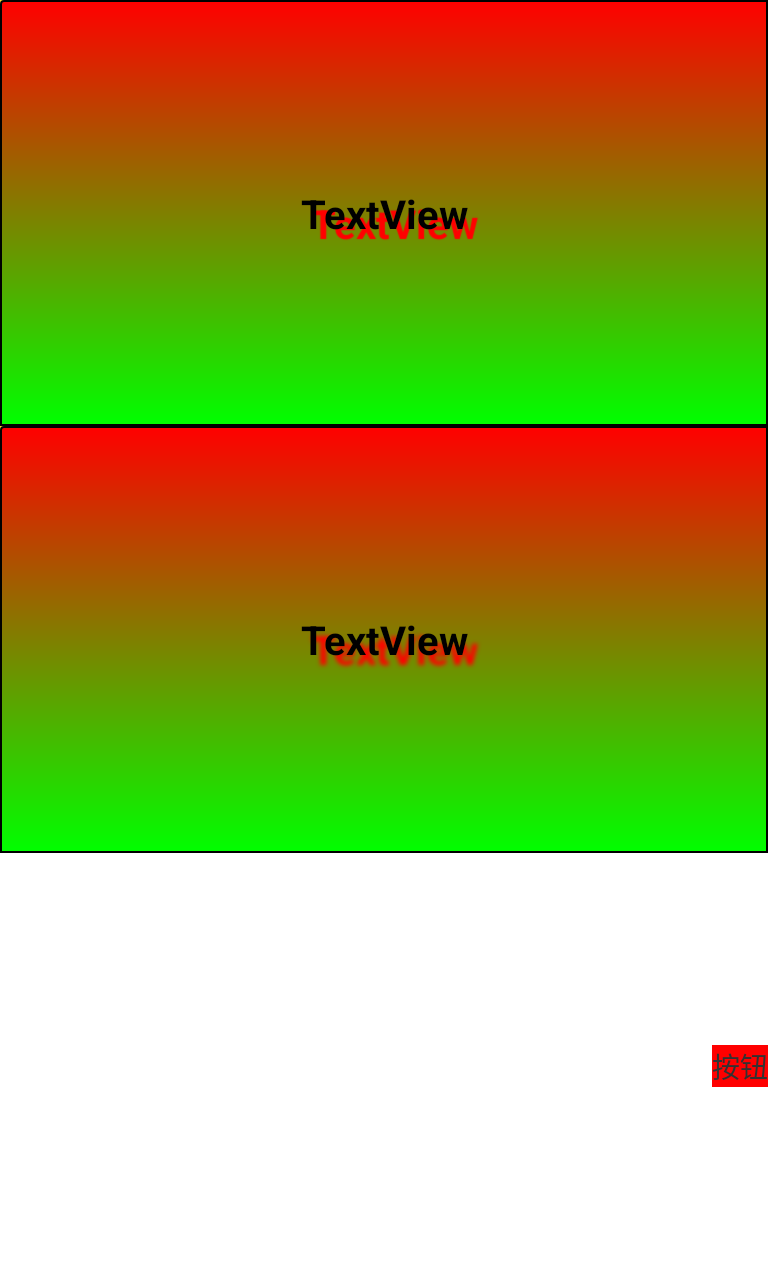
Repository: yhtaphp/yhtqgit
Layout: android/TextView/res/layout/activity_main.xml
These files come from the project's save history. The layout is drawn as it stood at one moment and after the next save; the edit follows.
It is drawn on a 768 x 1280 px phone screen (xhdpi) without system bars, with theme AppTheme; the app's code is not run.

Above is the layout before, as saved 2016-09-11 13:58:05.

After the next save:
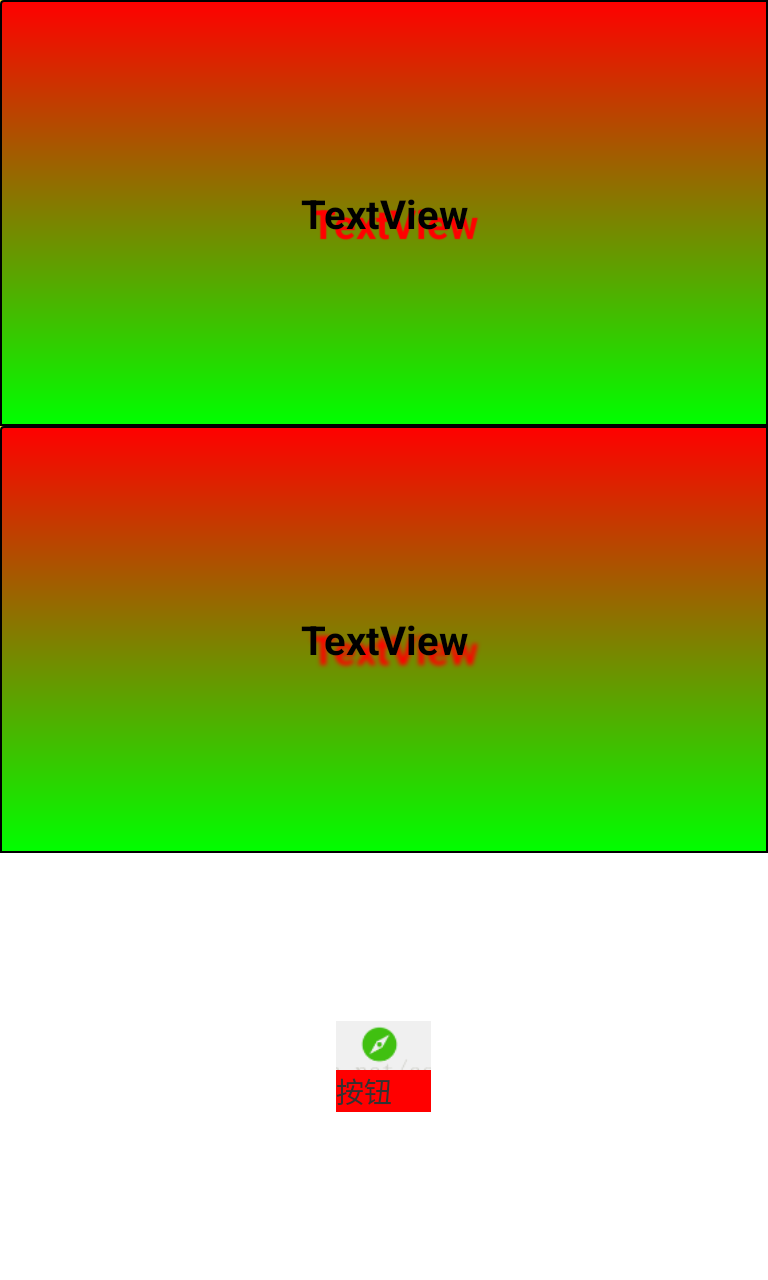
Saved 14 s later.
--- a/android/TextView/res/layout/activity_main.xml
+++ b/android/TextView/res/layout/activity_main.xml
@@ -46,10 +46,11 @@
        android:orientation="vertical" >
 
        <TextView
+
            android:layout_width="wrap_content"
            android:layout_height="wrap_content"
-           android:layout_gravity="center|end"
-           android:drawableTop="@drawable/1"
+           android:layout_gravity="center"
+           android:drawableTop="@drawable/i"
            android:background="#f00"
            android:text="按钮" />
    </LinearLayout>
